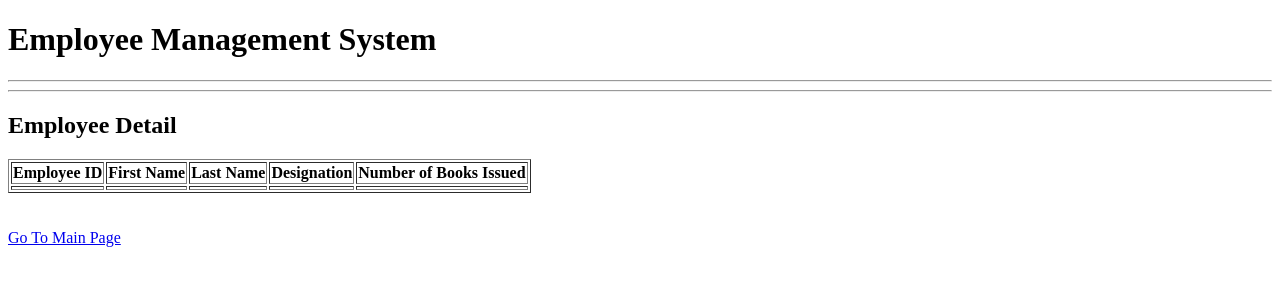
Repository: Sanketh-Binary/Library-Management-System-Spring
Page: http://localhost/ShowEmployee
These files come from the project's save history. The page is drawn as it stood at one moment and after the next save; the edit follows.
The browser window is 1280 px wide. The pictures show the whole page.
The page is this project's Thymeleaf template; nobody is signed in. The template is opened directly, without the code that normally fills it, so the values that code supplies are empty.

Above is the page before, as saved 2022-08-17 14:13:39.

After the next save:
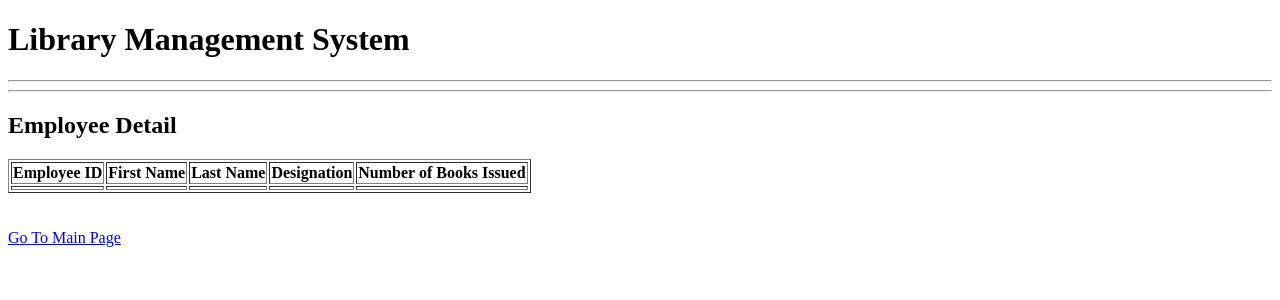
Saved 17 s later.
--- a/lms-spring-group-project/src/main/resources/templates/ShowEmployee.html
+++ b/lms-spring-group-project/src/main/resources/templates/ShowEmployee.html
@@ -5,7 +5,7 @@
     <title>Insert title here</title>
 </head>
 <body>
-<h1>Employee Management System</h1>
+<h1>Library Management System</h1>
 <hr>
 
 <hr>
